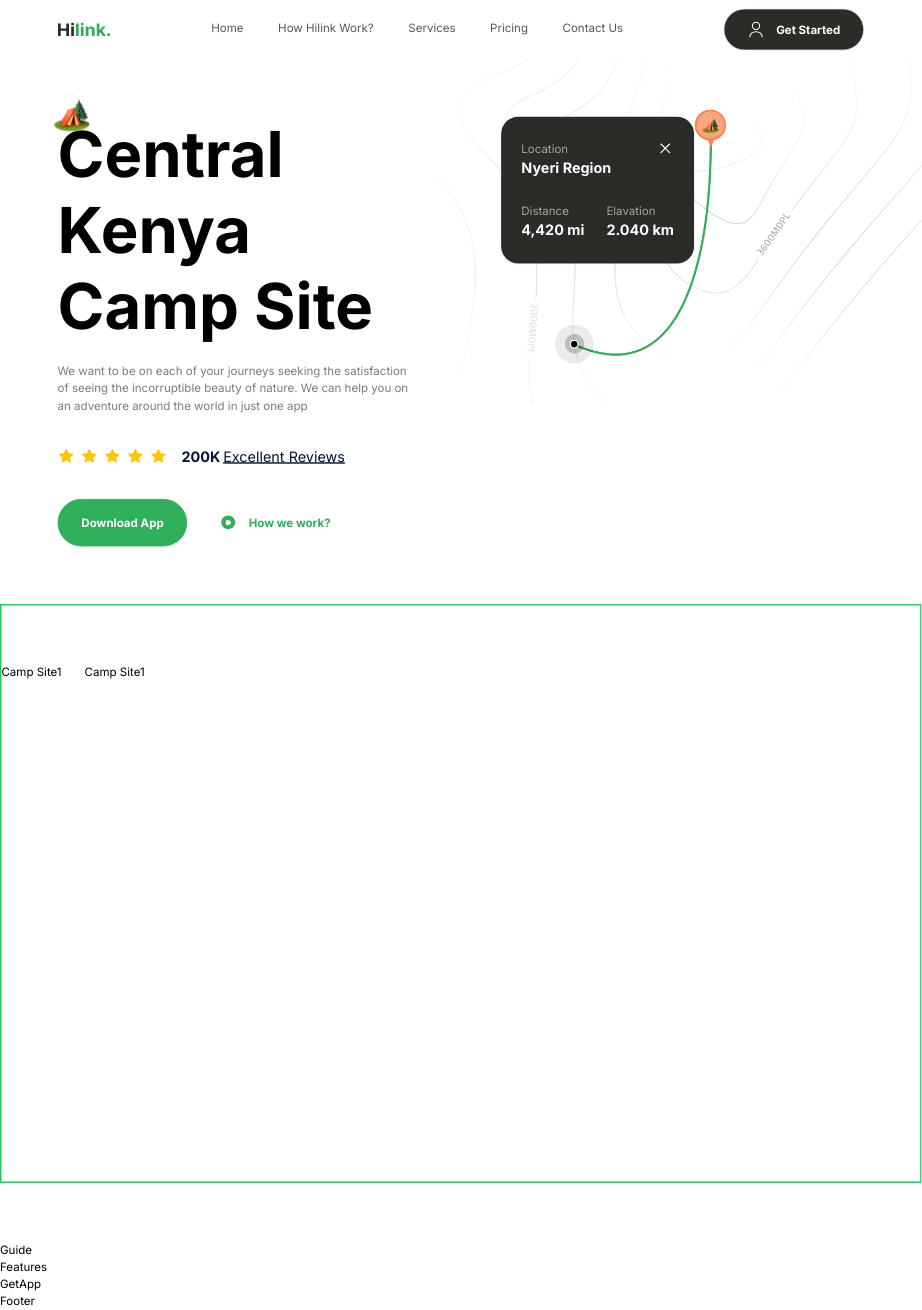
Repository: martin-raphael/travel_agency
Page: /
An editor plug-in stored every save of this project. The page is shown before and after the next save, followed by the edit.
The browser window is 1280 px wide. The pictures show the whole page, at 72% of full size.
The project was rebuilt for these pictures with package versions that can differ from the ones it lists, and the page was loaded fresh each time. The framework's server and built-in components were replaced by stand-ins that run in the browser. Also part of the build but not shown: next.config.mjs.

Above is the page before, as saved 2024-08-08 19:20:04.

### app/layout.tsx
import type { Metadata } from "next";
import Navbar from "@/components/Navbar";
import Footer from "@/components/Footer";
import "./globals.css";

export const metadata: Metadata = {
  title: "Travel App",
  description: "Beauty of Nature",
};

export default function RootLayout({
  children,
}: Readonly<{
  children: React.ReactNode;
}>) {
  return (
    <html lang="en">
      <body>
        <Navbar />
        <main className="relative overflow-hidden">{children}</main>
        <Footer />
      </body>
    </html>
  );
}

### components/Navbar.tsx
import { NAV_LINKS } from "@/constants";
import Image from "next/image";
import Link from "next/link";
import React from "react";
import Button from "./Button";

const Navbar = () => {
  return (
    <nav className=" flexBetween max-container padding-container relative z-30 py-3">
      <Link href="/">
        <Image src="/hilink-logo.svg" alt="logo" width={74} height={29} />
      </Link>
      <ul className="hidden h-full gap-12 lg:flex">
        {NAV_LINKS.map((link) => (
          <Link
            href={link.href}
            key={link.key}
            className="regular-16 text-gray-50 flexCenter cursor-pointer pb-1.5 transition-all hover:font-bold"
          >
            {link.label}
          </Link>
        ))}
      </ul>

      <div className=" lg:flexCenter hidden">
        <Button
          type="button"
          title="Get Started"
          icon="/user.svg"
          variant="btn_dark_green"
        />
      </div>
      <Image
        src="menu.svg"
        alt="menu"
        width={32}
        height={32}
        className="inline-block cursor-pointer lg:hidden"
      />
    </nav>
  );
};

export default Navbar;

### components/Camp.tsx
import React from 'react'

const CampSite = () =>{
  return <div>Camp Site1</div>
}

const Camp = () => {
  return (
    <section className='border-2 border-green-500 2xl:max-container
    relative flex flex-col py-10 lg:mb-10 lg:py-20 xl:mb-20'>
      <div className='hide-scrollbar flex h-[340px] w-full items-start
      justify-start gap-8 overflow-x-auto lg:h-[400px] xl:h-[640px]'>
        <CampSite
        backgroundImage ="bg-bg-img-1"
        title="Luxury Camp site"
        subtitle="Nyeri, Kenya"
        peopleJoined="300+ joined"
               />
        <CampSite/>
      </div>

    </section>
  )
}

export default Camp

### components/Hero.tsx
import Image from "next/image";
import React from "react";
import Button from "./Button";

const Hero = () => {
  return (
    <section
      className=" max-container padding-container flex
    flex-col gap-20 lg:py-20 py-10 pb-32 md:gap-28 xl:flex-row
    "
    >
      <div className="hero-map" />

      {/* LEFT SIDE-*/}

      <div className="relative z-20 flex flex-1 flex-col xl:w-1/2">
        <Image
          src="/camp.svg"
          alt="camp"
          width={50}
          height={50}
          className="absolute left-[-5px] top-[-30px] w-10 lg:w-[50px]"
        />
        <h1 className="bold-52 lg:bold-88"> Central Kenya Camp Site</h1>
        <p className="regular-16 mt-6 text-gray-30 xl:max-w-[520px]">
          We want to be on each of your journeys seeking the satisfaction of
          seeing the incorruptible beauty of nature. We can help you on an
          adventure around the world in just one app
        </p>

        <div className="my-11 flex flex-wrap gap-5">
          <div className="flex items-center gap-2">
            {Array(5)
              .fill(1)
              .map((_, index) => (
                <Image
                  src="/star.svg"
                  alt="Ratings"
                  key={index}
                  width={24}
                  height={24}
                />
              ))}
          </div>
          <p className="bold-16 lg:bold-20 text-blue-70">
            200K
            <span className="regular-16 lg:regular-20 ml-1 underline">
              Excellent Reviews
            </span>
          </p>
        </div>
        <div className="flex flex-col w-full gap-3 sm:flex-row">
          <Button type="button" title="Download App" variant="btn_green" />

          <Button
            type="button"
            title="How we work? "
            icon="/play.svg"
            variant="btn_white"
          />
        </div>
      </div>

      <div className="relative flex flex-1 items-start">
        <div className="relative z-20  w-[268px] flex flex-col gap-8 rounded-3xl bg-green-90 px-7 py-8">
          <div className="flex flex-col">
            <div className="flexBetween">
              <p className="regular-16 text-gray-20">Location</p>
              <Image src="/close.svg" alt="close" width={24} height={24} />
            </div>
            <p className="bold-20 text-white"> Nyeri Region</p>
          </div>
            <div className="flexBetween">
              <div className="flex flex-col">
                <p className="regular-16 block text-gray-20">Distance</p>
                <p className="bold-20 text-white"> 4,420 mi</p>
              </div>
              <div className="flex flex-col">
                <p className="regular-16 block text-gray-20">Elavation</p>
                <p className="bold-20 text-white"> 2.040 km</p>
              </div>
            </div>
          </div>
        </div>

    </section>
  );
};

export default Hero;

### components/Button.tsx
import Image from "next/image";

type ButtonProps = {
  type: "button" | "submit";
  title: string;
  icon?: string;
  variant?: string;
  full?:boolean;
};

const Button = ({ type, title, icon, variant, full }: ButtonProps) => {
  return (
    <button
      className={`flexCenter gap-4 rounded-full border ${variant} ${full && 'w-full'}`}
      type={type}
    >
      {icon && <Image src={icon} alt={title} width={24} height={24} />}
      <label className=" bold-16 whitespace-nowrap cursor-pointer">{title}</label>
    </button>
  );
};

export default Button;

Loaded but not shown: app/page.tsx (common file); components/Footer.tsx (common file); app/globals.css (common file); components/Features.tsx (common file); components/GetApp.tsx (common file); components/Guide.tsx (common file); constants/index.ts (common file); tailwind.config.ts (common file)

After the next save:
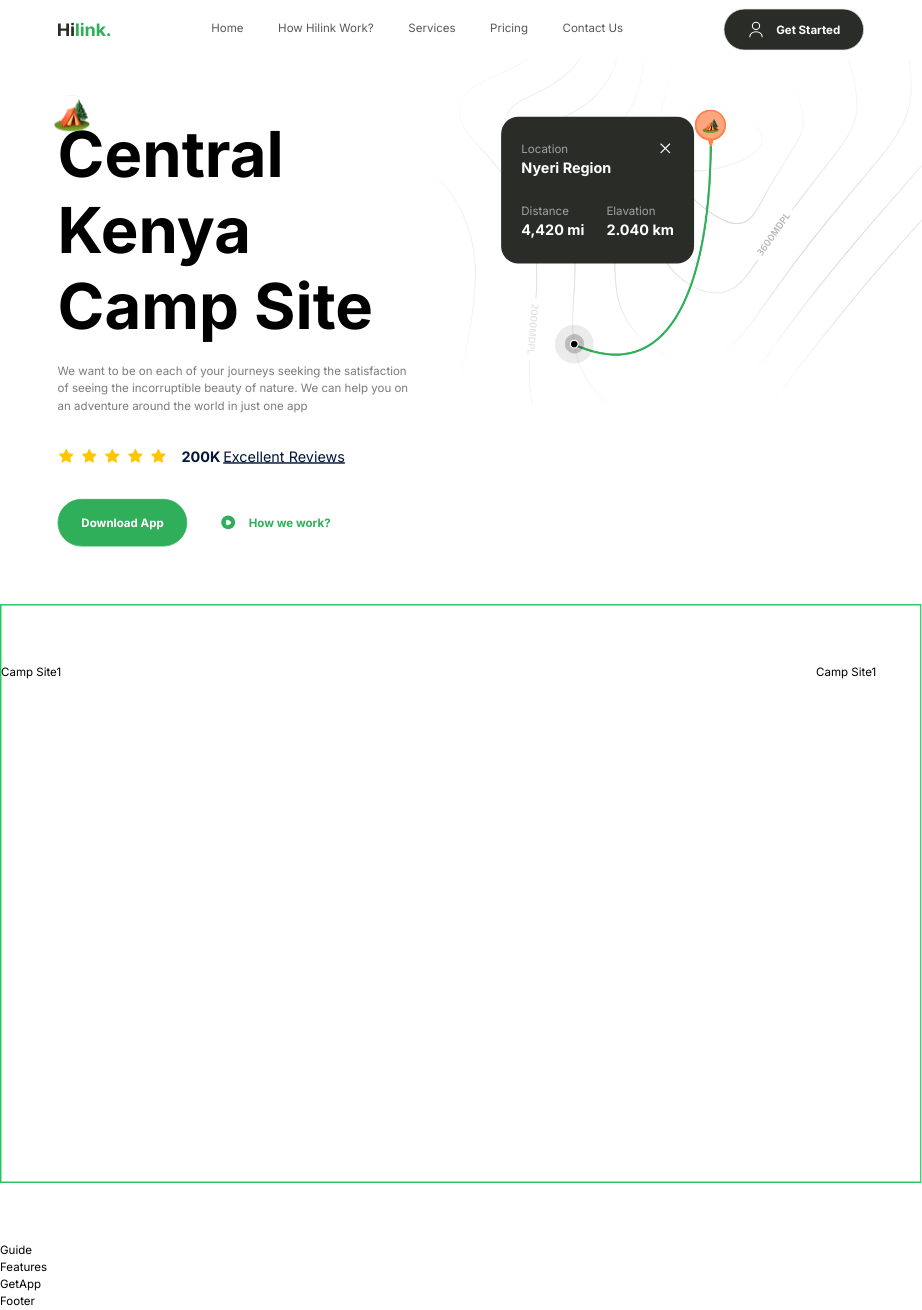
Saved 4 min 16 s later.
--- a/components/Camp.tsx
+++ b/components/Camp.tsx
@@ -1,7 +1,13 @@
 import React from 'react'
+interface CampProps{
+  backgroundImage: string,
+  title: string,
+  subtitle: string,
+  peopleJoined: string,
+}
 
-const CampSite = () =>{
-  return <div>Camp Site1</div>
+const CampSite = ({backgroundImage, title,subtitle,peopleJoined}: CampProps) =>{
+  return <div className={`h-full w-full min-w-[1100px] `}>Camp Site1</div>
 }
 
 const Camp = () => {
